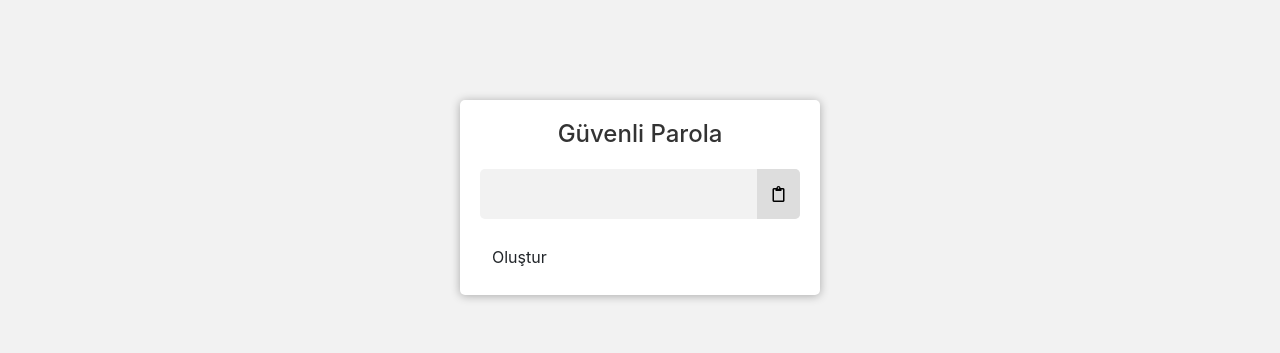
Repository: DogukanSAVA/SecurityKey
Page: index.html
The author's editor kept a copy of each file at every save. The page is drawn from the files as they stood at one save, then again after a run of saves.
The browser window is 1280 px wide. The pictures show the whole page.
Some web libraries are served in a nearby version.

Above is the page before, as saved 2021-09-20 14:03:53.

After the next 7 saves:
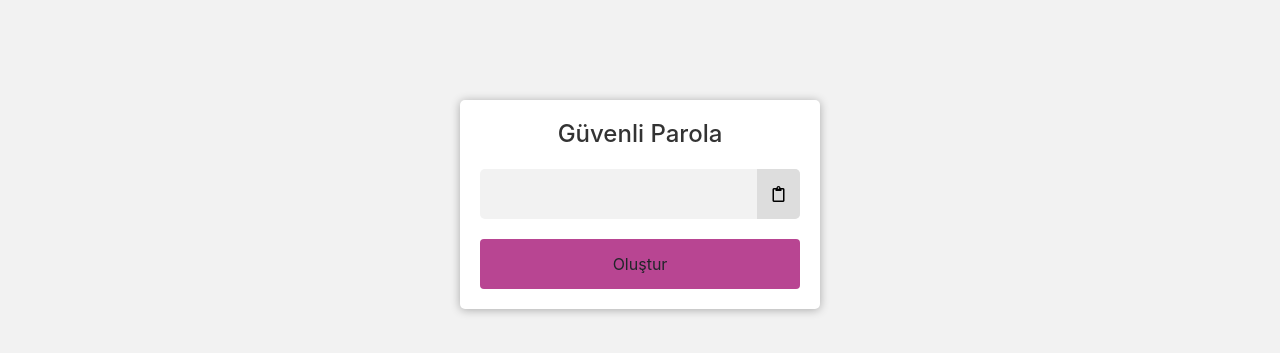
The 7 saves are shown as one change because they came seconds apart.
The last was saved 19 s later.
--- a/style.css
+++ b/style.css
@@ -58,5 +58,8 @@ h2 {
 .btn{
           border: 0;
           outline: 0;
-          wi
+          width: 100%;
+          height: 50px;
+          background-color: #b84592;
+
 }
